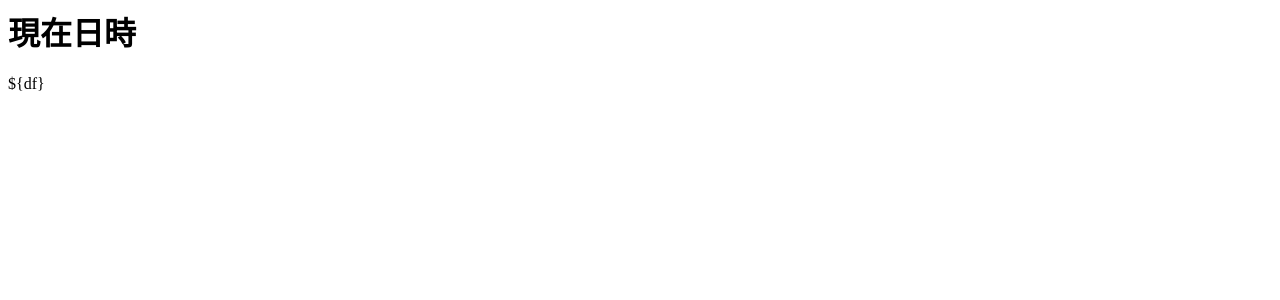
Repository: tttt1213/BIOSversion
Page: df2.html
An editor plug-in stored every save of this project. The page is shown before and after the next save, followed by the edit.
The browser window is 1280 px wide. The pictures show the whole page.

Above is the page before, as saved 2023-03-29 16:34:14.

After the next save:
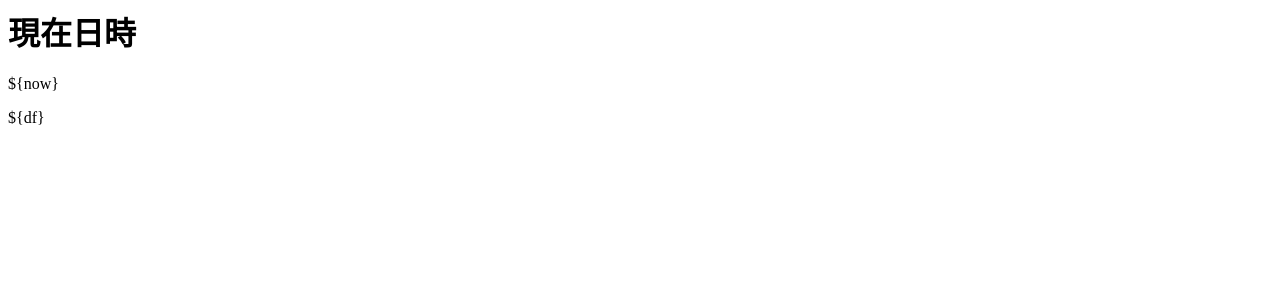
Saved 22 s later.
--- a/df2.html
+++ b/df2.html
@@ -4,6 +4,7 @@
     </head>
     <body>
         <h1>現在日時</h1>
+        <p>${now}</p>
         <p>${df}</p>
     </body>
 </html>
